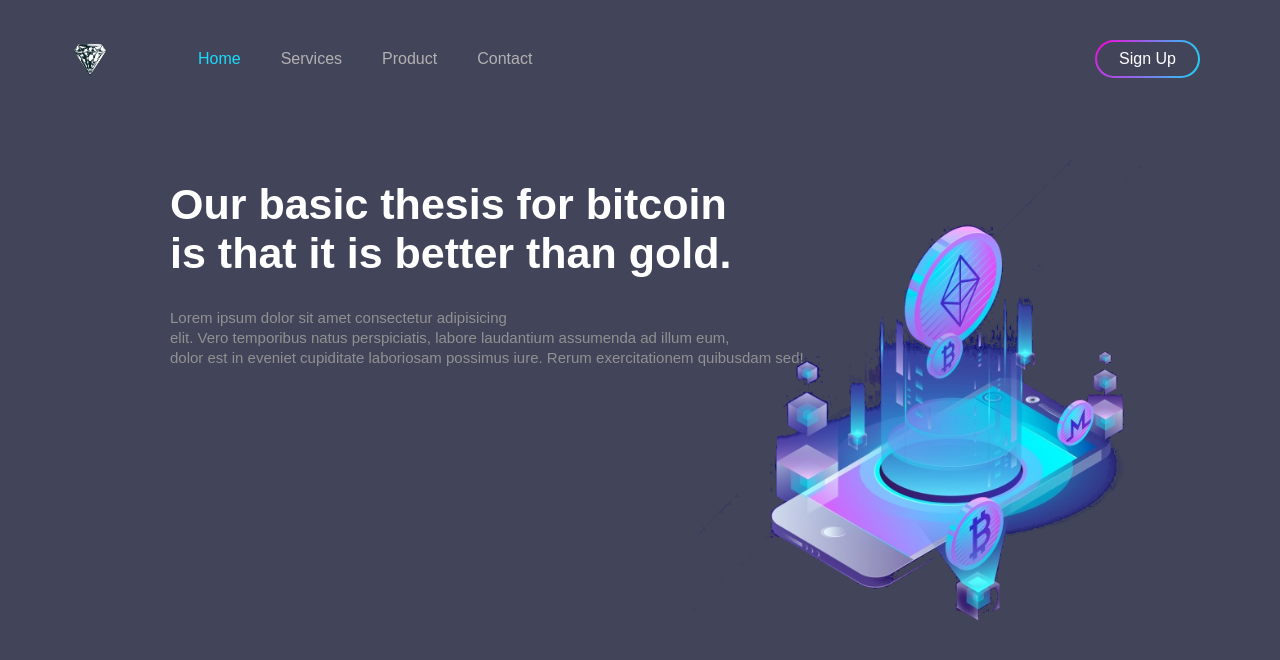
Repository: Aakarshit-Sharma19/Basic-HTML-and-CSS-Page-
Page: index.html
An editor plug-in stored every save of this project. The page is shown before and after the next save, followed by the edit.
The browser window is 1280 px wide. The pictures show the whole page.

Above is the page before, as saved 2020-11-10 15:35:34.

After the next save:
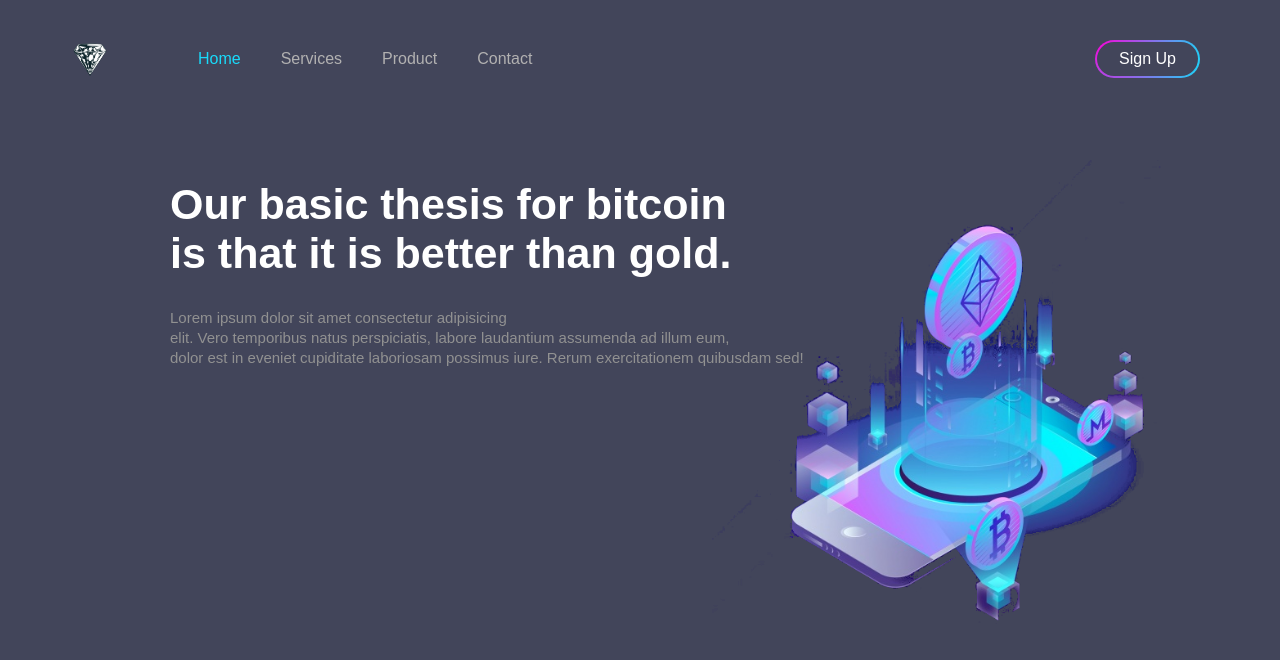
Saved 8 s later.
--- a/style.css
+++ b/style.css
@@ -89,5 +89,5 @@ body{
 .app-picture img{
     width: 100%;
     margin-top: -20px;
-    padding-left: 50px;
+    padding-left: 70px;
 }
